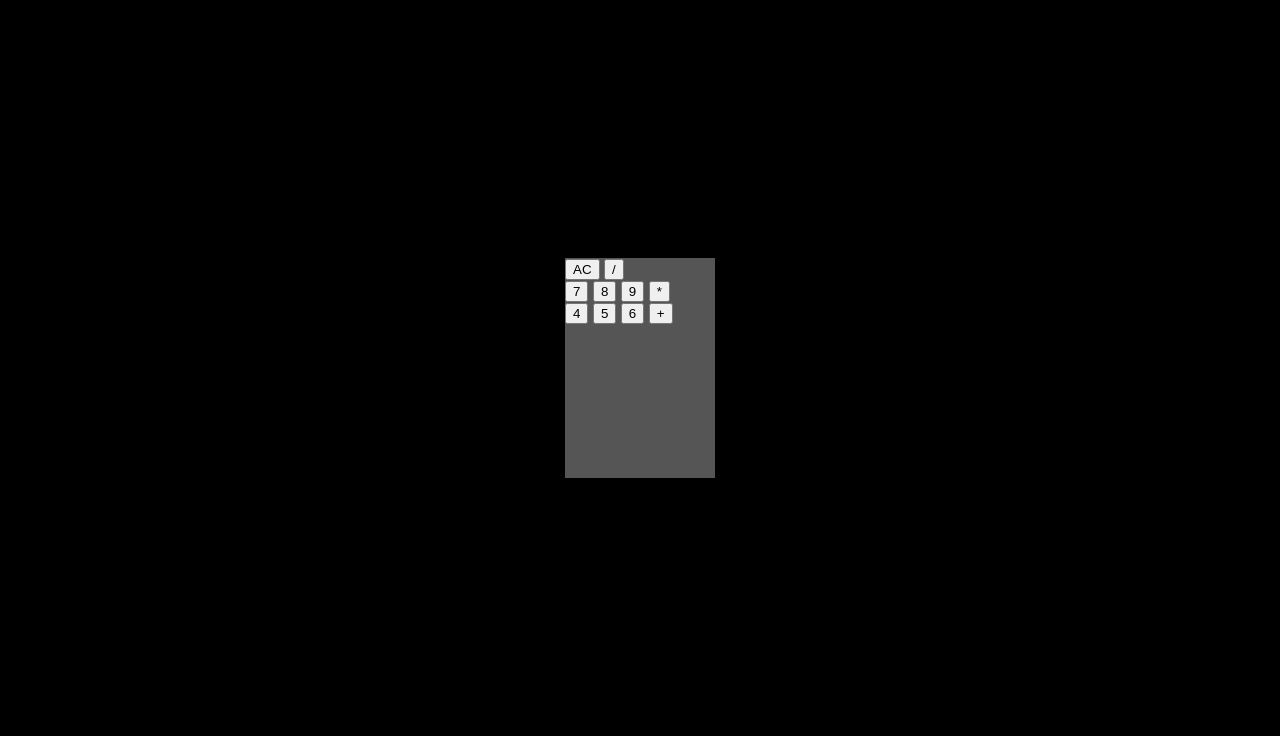
Repository: andersonxoliveira/Aplicacao_Calculadora
Page: /
The author's editor kept a copy of each file at every save. The page is drawn from the files as they stood at one save, then again after the next save.
The browser window is 1280 px wide. The pictures show the whole page.
The project was rebuilt for these pictures with package versions that can differ from the ones it lists, and the page was loaded fresh each time. Also part of the build but not shown: svelte.config.js, vite.config.ts.

Above is the page before, as saved 2022-06-26 17:59:46.

### src/App.svelte
<script lang="ts">
import Calculadora from "./components/Calculadora.svelte";


</script>

<main>
        <Calculadora />
</main>

<style>
:global(body) {
  background-color: black;
}

  :root {
    --cor-fundo: #555 ;
    font-family: -apple-system, BlinkMacSystemFont, 'Segoe UI', Roboto, Oxygen,
      Ubuntu, Cantarell, 'Open Sans', 'Helvetica Neue', sans-serif;
  }

  main {
   display: flex;
   justify-content: center;
   align-items: center;
   height:  100vh;
  }

  img {
    height: 16rem;
    width: 16rem;
  }

</style>

### src/components/Calculadora.svelte
<script lang="ts">
import Botao from "./Botao.svelte";
import Linha from "./Linha.svelte";

</script>
<div class="calculadora">
  <Linha >
    <Botao triplo texto="AC"/>
    <Botao texto="/"/>
</Linha>
  <Linha >
             <Botao texto="7"/>
             <Botao texto="8"/>
              <Botao texto="9"/>
              <Botao texto="*"/>
      </Linha>
      <Linha >
        <Botao texto="4"/>
        <Botao texto="5"/>
         <Botao texto="6"/>
         <Botao texto="+"/>
 </Linha>
</div>

<style>
      .calculadora {
        background-color: var(--cor-fundo);
        height:  220px;
        width:  150px;

        display: flex;
        flex-direction:  column;
      }
</style>

### src/components/Botao.svelte
<script lang="ts">
      export let texto: string
      export let triplo: boolean = false
      export let duplo: boolean = false
</script>

<button class= "botao" class:triplo class:duplo>
{texto}
</button>

<style>
        .botao {
              flex-basis:  25%;
        }

          .triplo {
            flex-basis:  75%;
          }

          .duplo {
            flex-basis:  50%;
          }
</style>

### src/components/Linha.svelte
<div class="linha">
        <slot />
</div>

<style>
      .linha {
        display: felx;
      }
</style>

Loaded but not shown: index.html (common file); src/main.ts (common file)

After the next save:
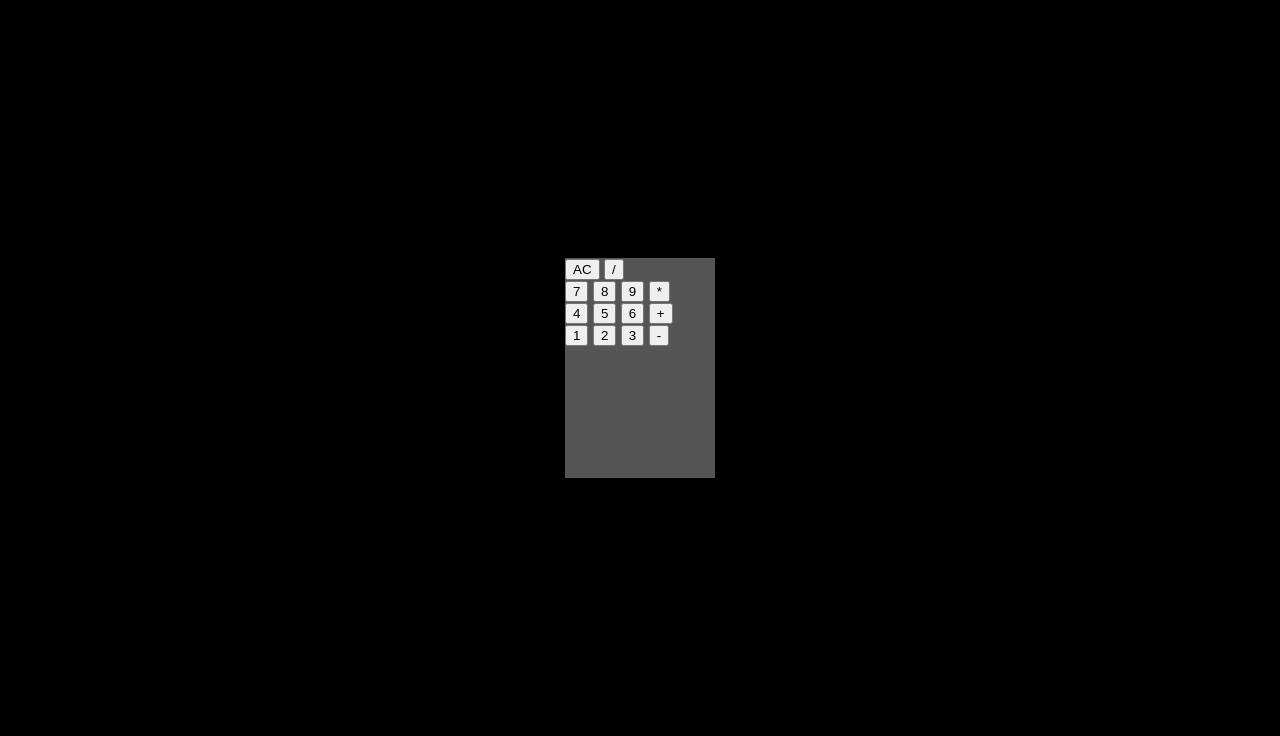
Saved 31 s later.
--- a/src/components/Calculadora.svelte
+++ b/src/components/Calculadora.svelte
@@ -20,6 +20,12 @@ import Linha from "./Linha.svelte";
          <Botao texto="6"/>
          <Botao texto="+"/>
  </Linha>
+ <Linha >
+  <Botao texto="1"/>
+  <Botao texto="2"/>
+   <Botao texto="3"/>
+   <Botao texto="-"/>
+</Linha>
 </div>
 
 <style>
